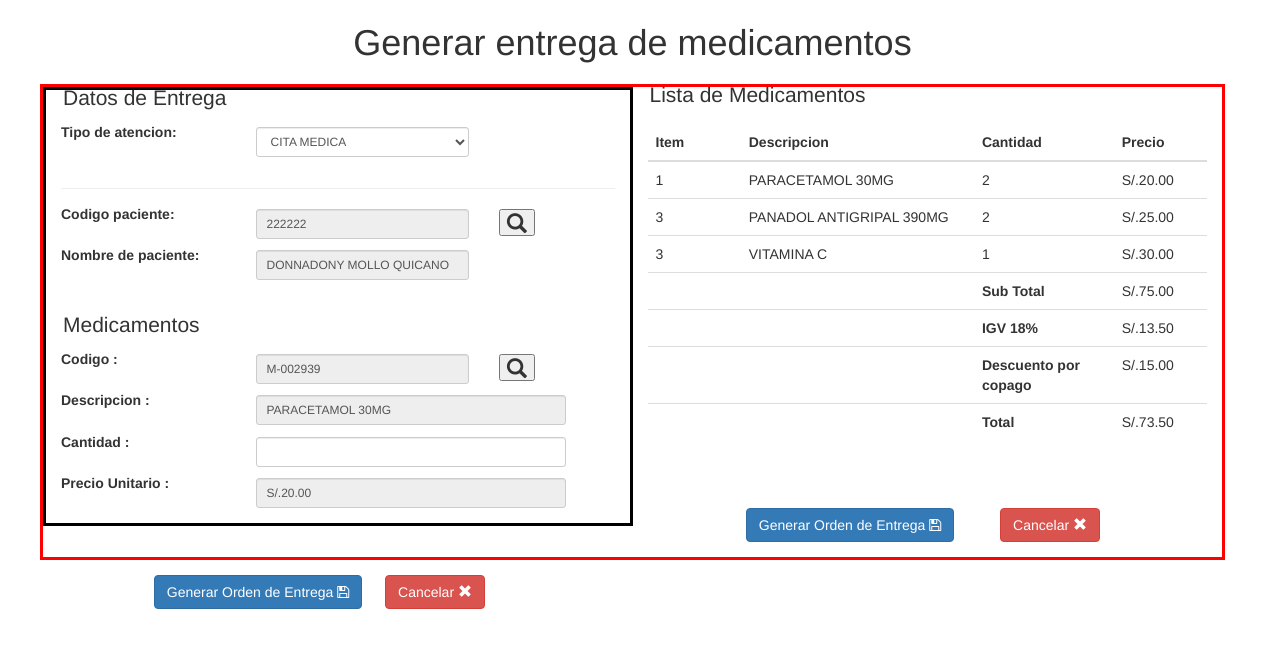
Repository: Donyx10/ADSII-ProyectoClinica
Page: http://localhost/AvanceWeb/GenerarOrdenDeEntregaDeMedicamentos2.jsp
These files come from the project's save history. The page is drawn as it stood at one moment and after the next save; the edit follows.
The browser window is 1280 px wide. The pictures show the whole page.
Some web fonts or font styles are not loaded; a fallback is used. The page is served by Tomcat 9. Other server files are loaded and not shown.

Above is the page before, as saved 2018-06-07 16:35:31.

### WebDemo/AvanceWeb/WebContent/GenerarOrdenDeEntregaDeMedicamentos2.jsp
<!DOCTYPE html>
<html lang="esS">
<head>
<meta charset="UTF-8">
<meta name="viewport"
	content="width=device-width, initial-scale=1, maximum-scale=1, user-scalable=no">
<script type="text/javascript" src="js/jquery.min.js"></script>
<script type="text/javascript" src="js/jquery.dataTables.min.js"></script>
<script type="text/javascript" src="js/dataTables.bootstrap.min.js"></script>
<script type="text/javascript" src="js/bootstrap.min.js"></script>
<script type="text/javascript" src="js/bootstrapValidator.js"></script>
<link rel="stylesheet" href="css/bootstrap.css" />
<link rel="stylesheet" href="css/dataTables.bootstrap.min.css" />
<link rel="stylesheet" href="css/style.css" />
<link rel="stylesheet" href="css/bootstrapValidator.css" />
<link rel="stylesheet"
	href="https://cdnjs.cloudflare.com/ajax/libs/font-awesome/4.7.0/css/font-awesome.min.css">
<title>Generar orden de entrega de medicamentos</title>

</head>
<body>

	<div class="container"
		style="padding-top: 3px; line-height: 0.8; padding-left: 0.01px;">
		<h1 align="center">Generar entrega de medicamentos</h1>
		<br>
		<form action="generarCita" id="id_form">
			<div class="form-group row"
				style="border-style: solid; border-color: red;">
				<div class="col-md-6"
					style="border-style: solid; border-color: black;">

					<div class="form-group row" align="left" id="paciente">
						<div class="col-md-12">
							<fieldset>
								<legend>Datos de Entrega</legend>
								<div class="row">
									<div class="col-md-4">
										<label class="" for="id_codigo">Tipo de atencion:</label>
									</div>
									<div class="col-md-5">
										<select class="form-control input-sm" style="">
											<option>CITA MEDICA
											<option>EMERGENCIA
										</select>
									</div>
								</div>
								<br>
								<hr>
								<div class="row">

									<div class="col-md-4">
										<label class="" for="id_codigo">Codigo paciente:</label>
									</div>
									<div class="col-md-5">
										<input class="form-control input-sm" type="text"
											value="222222" id="" name="" readonly="readonly"
											placeholder="Ingrese el codigo">
									</div>
									<div class="col-md-2">
										<button style="font-size: 20px">
											<i class="glyphicon glyphicon-search"></i>
										</button>
									</div>
								</div>
								<br>



								<div class="row">
									<div class="col-md-4">
										<label class="" for="">Nombre de paciente:</label>
									</div>
									<div class="col-md-5">
										<input class="form-control input-sm" type="text"
											readonly="readonly" value="DONNADONY MOLLO QUICANO" id=""
											name="" placeholder="Ingrese el nombre" size="30">
									</div>

								</div>
								<br>
								<!--
							<div class="row">
								<div class="col-md-3">
									<label class="" for="">Estado:</label>
								</div>
								<div class="col-md-5">
									<input class="form-control" type="text" disabled="disabled" value="CANCELADO"
										id="" name="" placeholder="Ingrese el nombre" size="30">
								</div>
								<br>
							</div>
							<br>
							-->
							</fieldset>
						</div>


					</div>

					<br>
					<div class="form-group row" align="left" id="paciente">
						<div class="col-md-12">
							<fieldset>
								<legend>Medicamentos</legend>
							</fieldset>
							<div class="row">

								<div class="col-md-4">
									<label class="" for="id_codigo">Codigo : </label>
								</div>
								<div class="col-md-5">
									<input class="form-control input-sm" type="text"
										value="M-002939" id="" name="" readonly="readonly"
										placeholder="">
								</div>
								<div class="col-md-2">
									<button style="font-size: 20px">
										<i class="glyphicon glyphicon-search"></i>
									</button>
								</div>
							</div>
							<br>
							<div class="row">

								<div class="col-md-4">
									<label class="" for="id_codigo">Descripcion : </label>
								</div>
								<div class="col-md-7">
									<input class="form-control input-sm" type="text"
										value="PARACETAMOL 30MG" id="" name="" readonly="readonly"
										placeholder="">
								</div>

							</div>
							<br>
							<div class="row">

								<div class="col-md-4">
									<label class="" for="id_codigo">Cantidad : </label>
								</div>
								<div class="col-md-7">
									<input class="form-control input-sm" type="number"
										name="quantity" min="1" max="10">
								</div>

							</div>
							<br>
							<div class="row">

								<div class="col-md-4">
									<label class="" for="id_codigo">Precio Unitario : </label>
								</div>
								<div class="col-md-7">
									<input class="form-control input-sm" type="text"
										name="quantity" value="S/.20.00" readonly="readonly">
								</div>

							</div>
						</div>
					</div>


				</div>
				<div class="col-md-6">
					<div class="form-group row" id="medico">
						<div class="col-md-12">
							<fieldset>

								<legend> Lista de Medicamentos</legend>
								<div class="row">
									<div class="col-md-12">
										<table class="table table-sm">
											<thead>
												<tr>
													<th class="col-md-2">Item</th>
													<th class="col-md-5">Descripcion</th>
													<th class="col-md-3">Cantidad</th>
													<th class="col-md-2">Precio</th>

												</tr>
											</thead>
											<tbody>
												<tr>
													<td class="col-md-2">1</td>
													<td class="col-md-5">PARACETAMOL 30MG</td>
													<td class="col-md-3">2</td>
													<td class="col-md-2">S/.20.00</td>
												</tr>
												<tr>
													<td class="col-md-2">3</td>
													<td class="col-md-5">PANADOL ANTIGRIPAL 390MG</td>
													<td class="col-md-3">2</td>
													<td class="col-md-2">S/.25.00</td>
												</tr>
												<tr>
													<td class="col-md-2">3</td>
													<td class="col-md-5">VITAMINA C</td>
													<td class="col-md-3">1</td>
													<td class="col-md-2">S/.30.00</td>
												</tr>
												<tr>
													<td class="col-md-2"></td>
													<td class="col-md-5"></td>
													<td class="col-md-3"><strong>Sub Total</strong></td>
													<td class="col-md-2">S/.75.00</td>
												</tr>
												<tr>
													<td class="col-md-2"></td>
													<td class="col-md-5"></td>
													<td class="col-md-3"><strong>IGV 18%</strong></td>
													<td class="col-md-2">S/.13.50</td>
												</tr>
												<tr>
													<td class="col-md-2"></td>
													<td class="col-md-5"></td>
													<td class="col-md-3"><strong>Descuento por
															copago</strong></td>
													<td class="col-md-2">S/.15.00</td>
												</tr>
												<tr>
													<td class="col-md-2"></td>
													<td class="col-md-5"></td>
													<td class="col-md-3"><strong>Total</strong></td>
													<td class="col-md-2">S/.73.50</td>
												</tr>

											</tbody>
										</table>
									</div>
								</div>
							</fieldset>
						</div>
					</div>
					<br><br><br>
					<div class="form-group row" align="center" id="paciente">
						<div class="col-md-12">
							<div class="row">
								<div class="col-md-2"></div>
								<div class="col-md-4">
									<button type="submit" class="btn btn-primary">
										Generar Orden de Entrega <i class="fa fa-save"></i>
									</button>
								</div>
								<div class="col-md-1"></div>
								<div class="col-md-3">
									<button type="submit" class="btn btn-danger">
										Cancelar <span class="glyphicon glyphicon-remove"></span>
									</button>
								</div>
							</div>
						</div>
					</div>
				</div>


			</div>

			<div class="form-group row" id="botones">
				<div class="col-md-1" align="center"></div>
				<div class="col-md-2" align="center">
					<button type="submit" class="btn btn-primary">
						Generar Orden de Entrega <i class="fa fa-save"></i>
					</button>
				</div>
				<div class="col-md-2" align="center">
					<button type="submit" class="btn btn-danger">
						Cancelar <span class="glyphicon glyphicon-remove"></span>
					</button>
				</div>
			</div>
	</div>
	</form>
	</div>
</body>
</html>

### WebDemo/AvanceWeb/WebContent/css/style.css


.table-fixed {
	width: 100%;
	background-color: #f3f3f3;
}

.table-fixed tbody {
	height: 120px;
	overflow-y: auto;
	width: 100%;
}

.table-fixed thead, .table-fixed tbody, .table-fixed tr, .table-fixed td,
	.table-fixed th {
	display: block;
}

.table-fixed tbody td {
	float: left;
}

.table-fixed thead tr th {
	float: left;
	background-color: #f39c12;
	border-color: #e67e22;
}

legend {
    display: block;
    padding-left: 2px;
    padding-right: 2px;
    border: none;
}

Loaded but not shown: WebDemo/AvanceWeb/WebContent/js/jquery.min.js (library); WebDemo/AvanceWeb/WebContent/js/jquery.dataTables.min.js (library); WebDemo/AvanceWeb/WebContent/js/dataTables.bootstrap.min.js (common file); WebDemo/AvanceWeb/WebContent/js/bootstrap.min.js (library); WebDemo/AvanceWeb/WebContent/js/bootstrapValidator.js (library); WebDemo/AvanceWeb/WebContent/css/bootstrap.css (library); WebDemo/AvanceWeb/WebContent/css/dataTables.bootstrap.min.css (library); WebDemo/AvanceWeb/WebContent/css/bootstrapValidator.css (common file)

After the next save:
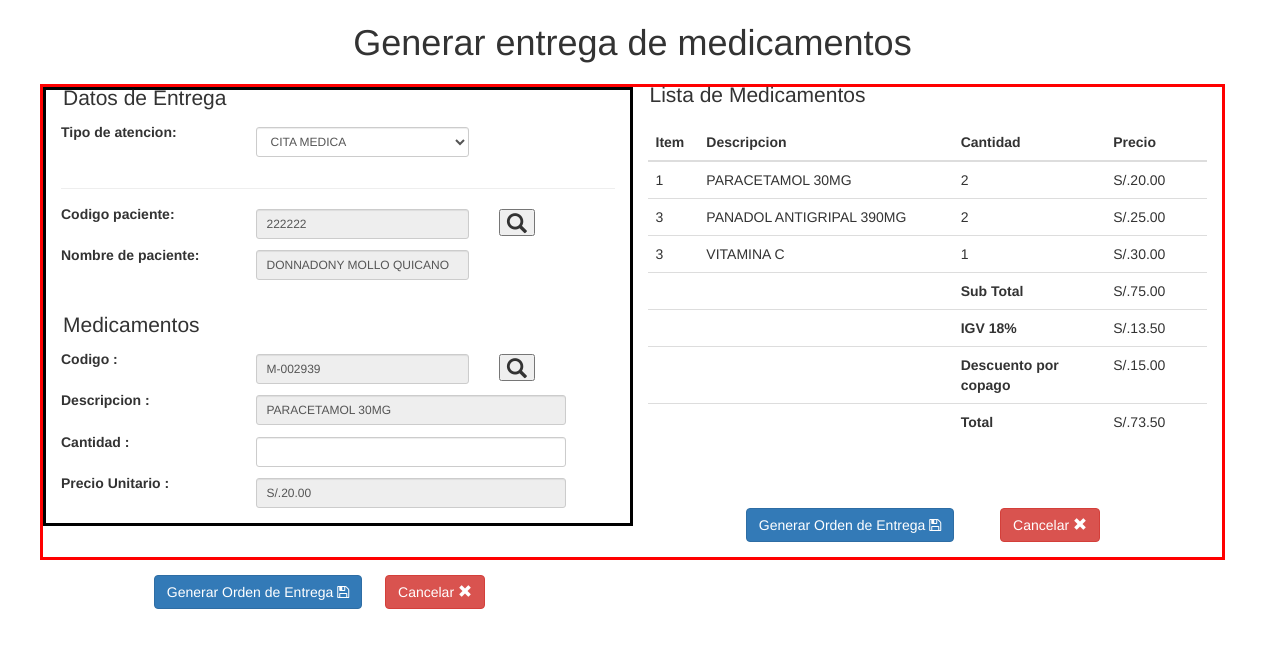
Saved 78 s later.
--- a/WebDemo/AvanceWeb/WebContent/GenerarOrdenDeEntregaDeMedicamentos2.jsp
+++ b/WebDemo/AvanceWeb/WebContent/GenerarOrdenDeEntregaDeMedicamentos2.jsp
@@ -173,7 +173,7 @@
 										<table class="table table-sm">
 											<thead>
 												<tr>
-													<th class="col-md-2">Item</th>
+													<th class="col-md-1">Item</th>
 													<th class="col-md-5">Descripcion</th>
 													<th class="col-md-3">Cantidad</th>
 													<th class="col-md-2">Precio</th>
@@ -182,44 +182,44 @@
 											</thead>
 											<tbody>
 												<tr>
-													<td class="col-md-2">1</td>
+													<td class="col-md-1">1</td>
 													<td class="col-md-5">PARACETAMOL 30MG</td>
 													<td class="col-md-3">2</td>
 													<td class="col-md-2">S/.20.00</td>
 												</tr>
 												<tr>
-													<td class="col-md-2">3</td>
+													<td class="col-md-1">3</td>
 													<td class="col-md-5">PANADOL ANTIGRIPAL 390MG</td>
 													<td class="col-md-3">2</td>
 													<td class="col-md-2">S/.25.00</td>
 												</tr>
 												<tr>
-													<td class="col-md-2">3</td>
+													<td class="col-md-1">3</td>
 													<td class="col-md-5">VITAMINA C</td>
 													<td class="col-md-3">1</td>
 													<td class="col-md-2">S/.30.00</td>
 												</tr>
 												<tr>
-													<td class="col-md-2"></td>
+													<td class="col-md-1"></td>
 													<td class="col-md-5"></td>
 													<td class="col-md-3"><strong>Sub Total</strong></td>
 													<td class="col-md-2">S/.75.00</td>
 												</tr>
 												<tr>
-													<td class="col-md-2"></td>
+													<td class="col-md-1"></td>
 													<td class="col-md-5"></td>
 													<td class="col-md-3"><strong>IGV 18%</strong></td>
 													<td class="col-md-2">S/.13.50</td>
 												</tr>
 												<tr>
-													<td class="col-md-2"></td>
+													<td class="col-md-1"></td>
 													<td class="col-md-5"></td>
 													<td class="col-md-3"><strong>Descuento por
 															copago</strong></td>
 													<td class="col-md-2">S/.15.00</td>
 												</tr>
 												<tr>
-													<td class="col-md-2"></td>
+													<td class="col-md-1"></td>
 													<td class="col-md-5"></td>
 													<td class="col-md-3"><strong>Total</strong></td>
 													<td class="col-md-2">S/.73.50</td>
